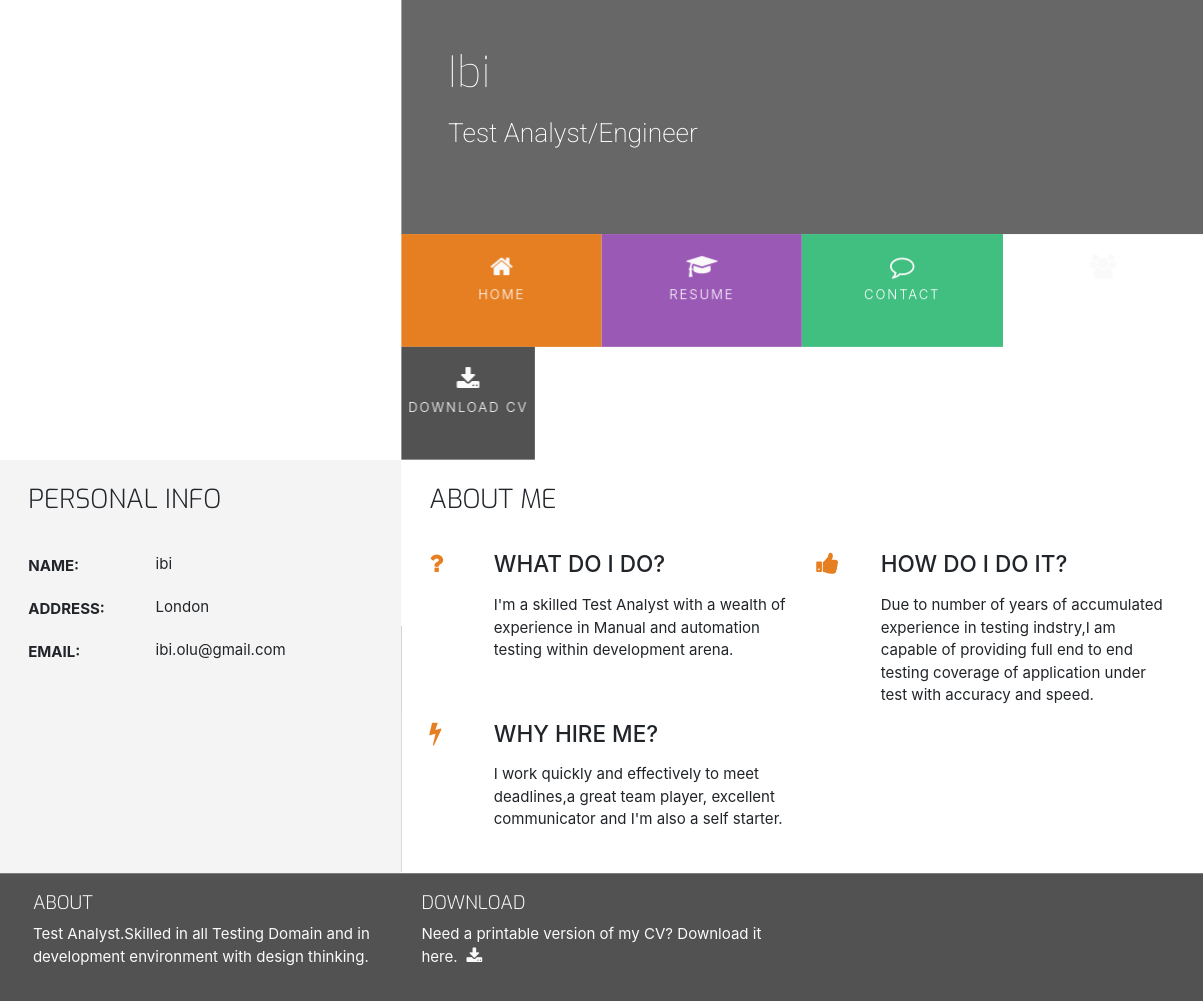
Repository: daat2/ccvitae
Page: index.html
The author's editor kept a record of every edit. The page is drawn from the files as they stood at one moment, then again after the next edit.
The browser window is 1280 px wide. The pictures show the whole page, at 94% of full size.
Some web libraries are served in a nearby version.

Above is the page before.

After the next edit:
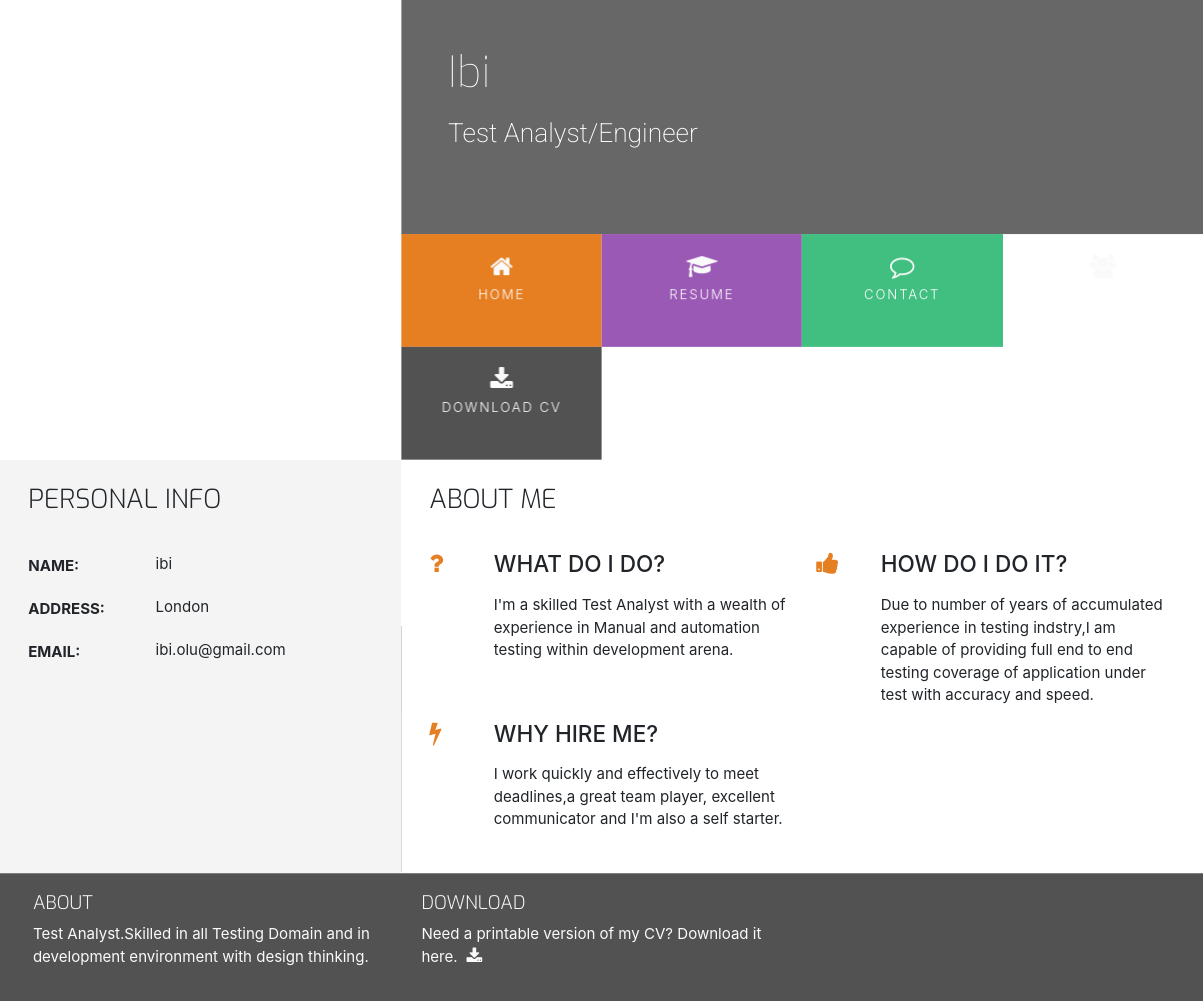
The edit:
--- a/index.html
+++ b/index.html
@@ -36,7 +36,7 @@
 	                            <li class="col-6 col-sm-3 ui-menu-color-interests list-inline-item menuitem">
                                 <a href="interests.html" class="hvr-sweep-to-bottom"><i class="fa fa-users" aria-hidden="true"></i><span>Interests</span></a>
                             </li>
-	                            <li class="col-6 col-sm-2 list-inline-item ui-menu-color-download menuitem">
+	                            <li class="col-6 col-sm-3 list-inline-item ui-menu-color-download menuitem">
 	                                <a href="assets/cv/cv-current.pdf" target="_blank" class="hvr-sweep-to-bottom"><i class="fa fa-download" aria-hidden="true"></i><span>Download CV</span></a>
 	                            </li>
 	                        </ul>
